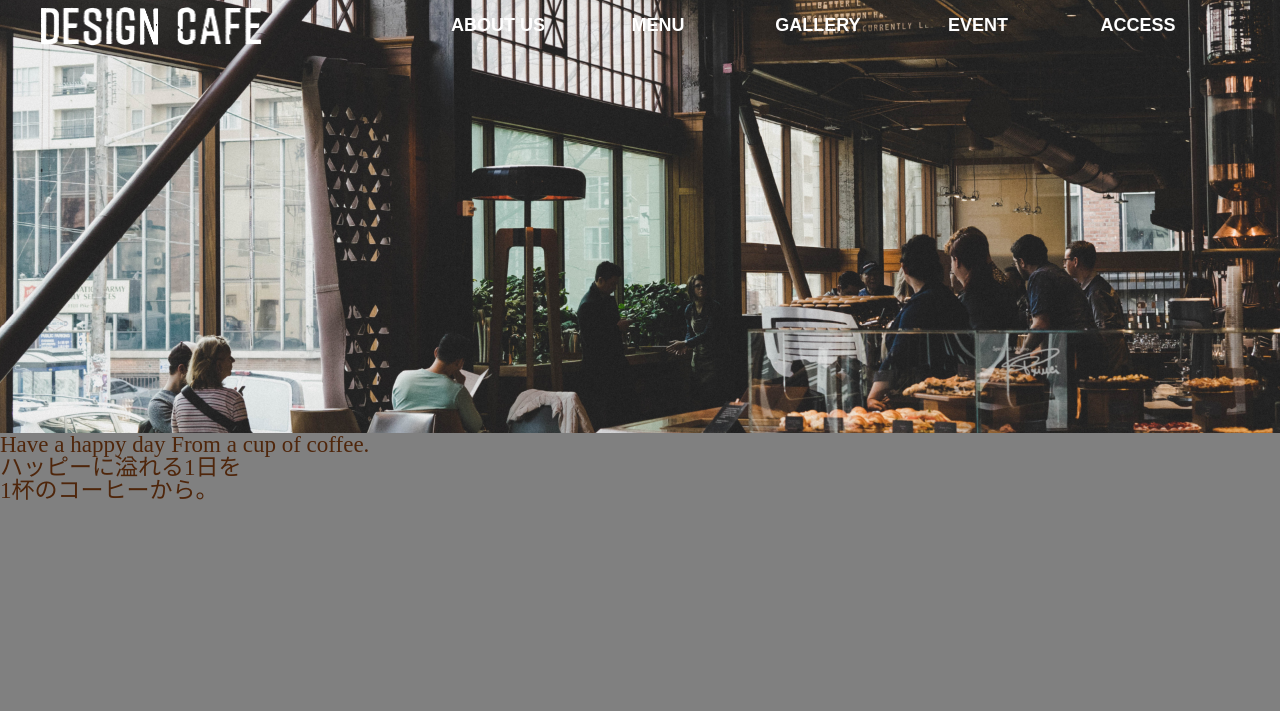
Repository: sonoyama01/dezasuta
Page: 第4回課題/index.html
The author's editor kept a copy of each file at every save. The page is drawn from the files as they stood at one save, then again after the next save.
The browser window is 1280 px wide. The pictures show the whole page.

Above is the page before, as saved 2024-05-02 01:42:54.

After the next save:
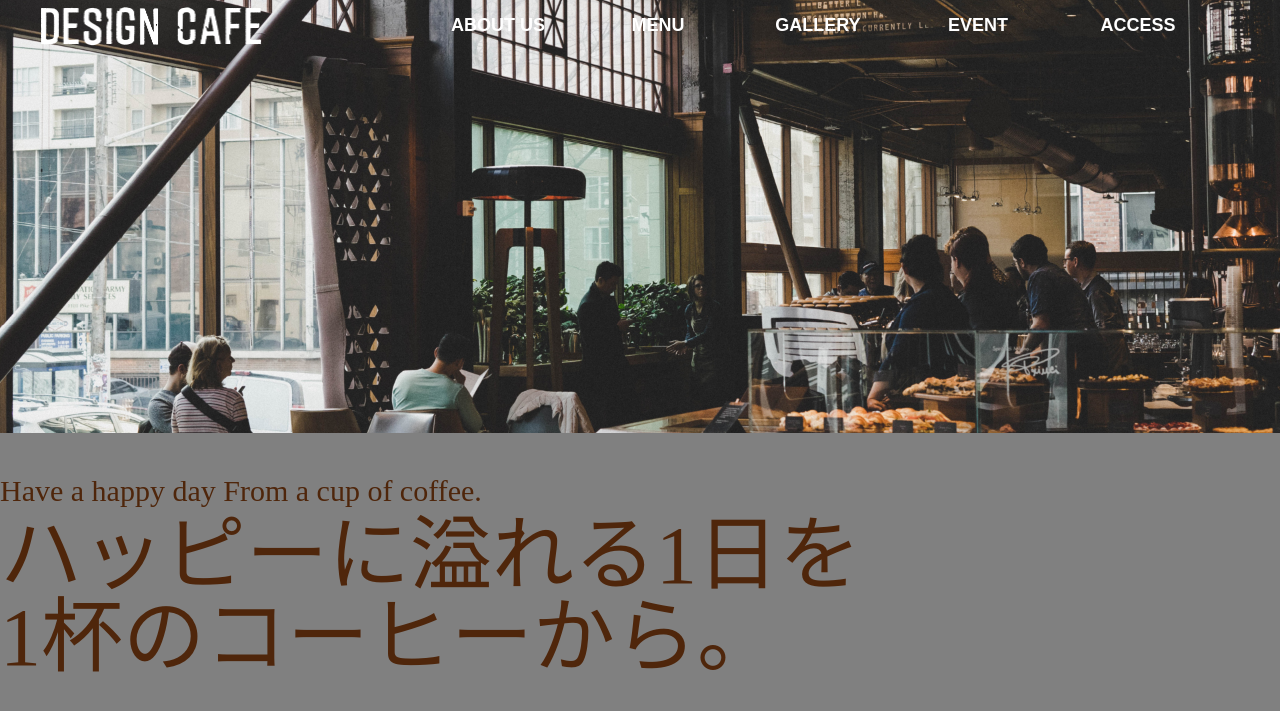
Saved 3 min 46 s later.
--- a/第4回課題/css/style.css
+++ b/第4回課題/css/style.css
@@ -86,5 +86,9 @@ body {
   box-sizing: border-box;
 }
 
+.en {
+  font-size: 30px;
+}
 .catch_copy {
+  font-size: 82px;
 }
